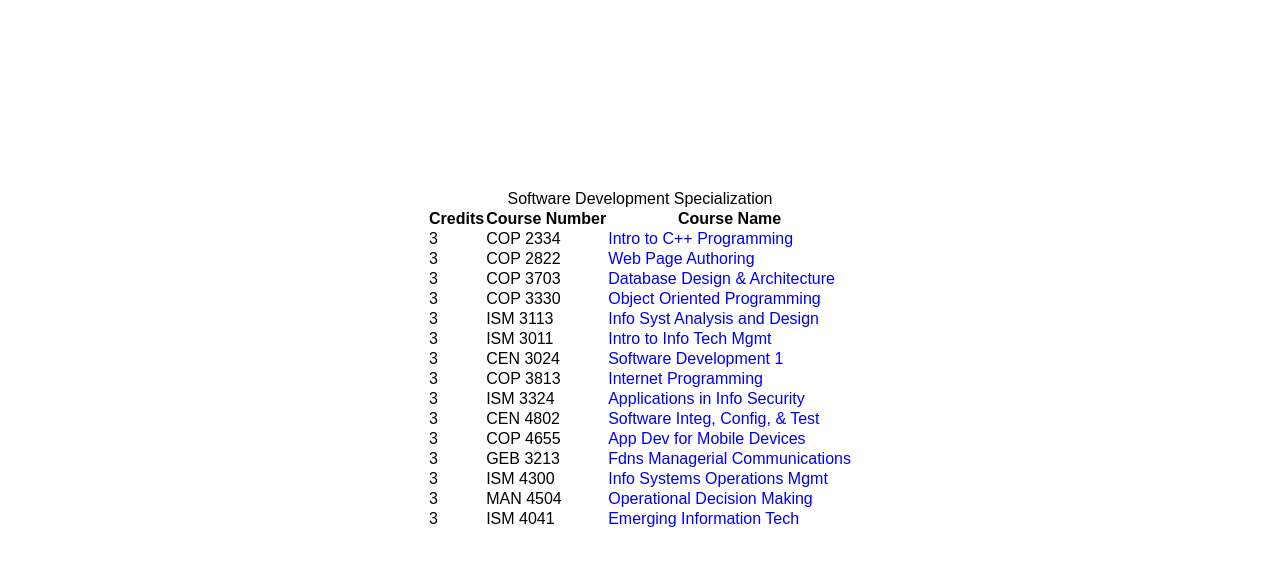
Repository: mlmEFSC21/P3-DegreeSpecializationTable
Page: index.html
These files come from the project's save history. The page is drawn as it stood at one moment and after the next save; the edit follows.
The browser window is 1280 px wide. The pictures show the whole page.
Some web fonts or font styles are not loaded; a fallback is used.

Above is the page before, as saved 2022-02-01 20:52:23.

After the next save:
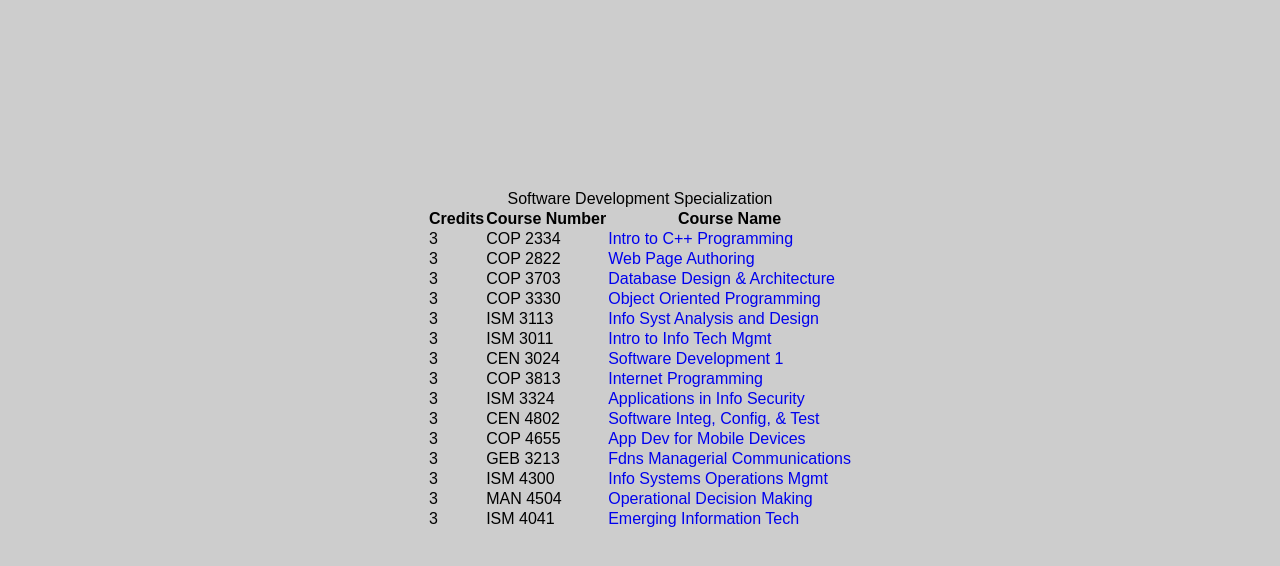
Saved 13 s later.
--- a/tableStyles.css
+++ b/tableStyles.css
@@ -21,7 +21,7 @@ body {
     display: grid;
     align-items: center;
     justify-content: center;
-    background-color: --cl;
+    background-color: var(--clr-background);
 }
 table {
 }
